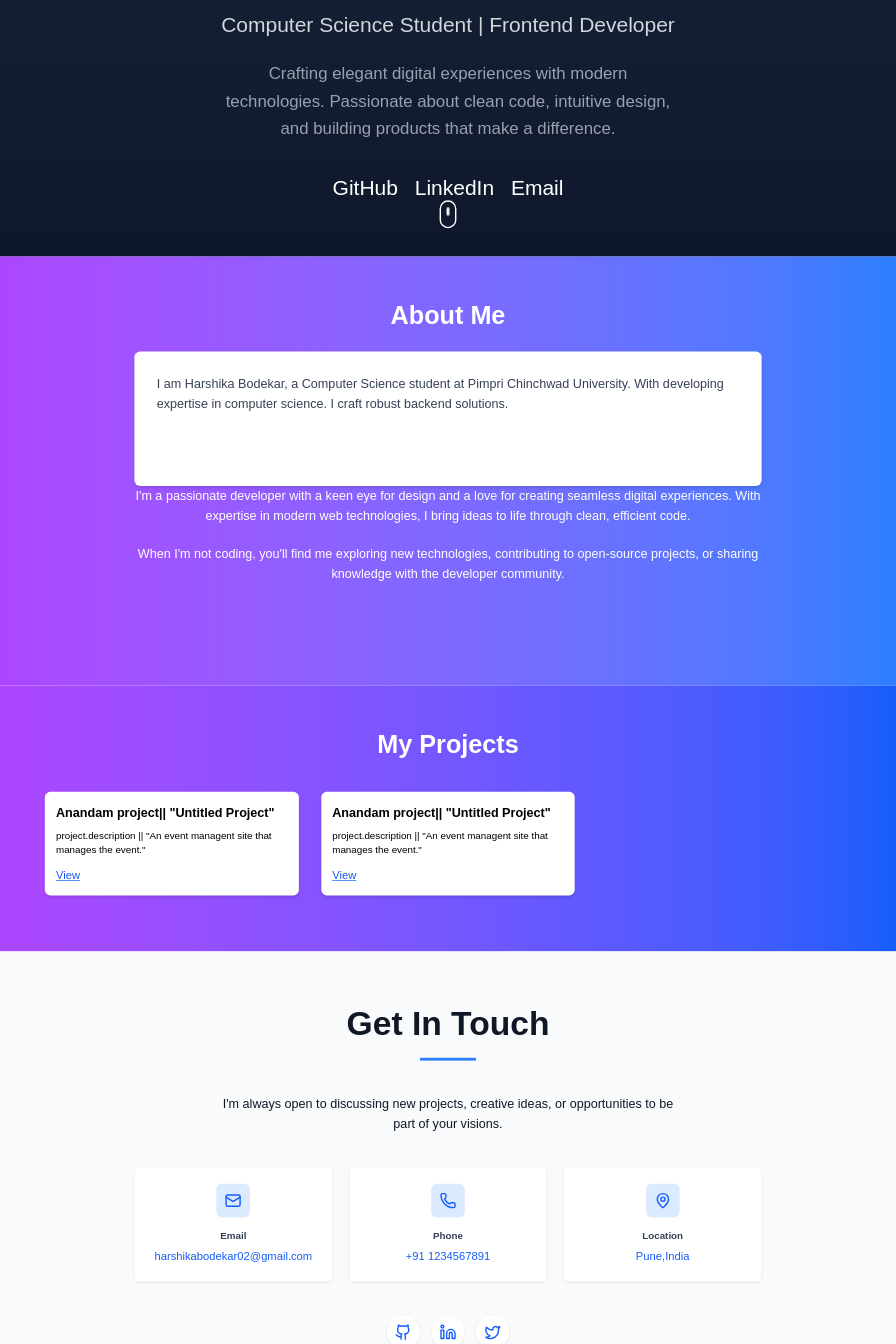
Repository: harshikabodekar/portfolio_awp
Page: /
These files come from the project's save history. The page is drawn as it stood at one moment and after the next save; the edit follows.
The browser window is 1280 px wide. The pictures show the part of the page from y = 463 to 2383 px (the page is 2550 px tall before and 2570 px after), at 70% of full size.
The project was rebuilt for these pictures with package versions that can differ from the ones it lists, and the page was loaded fresh each time. The framework's server and built-in components were replaced by stand-ins that run in the browser. Also part of the build but not shown: next.config.mjs.

Above is the page before, as saved 2025-10-15 20:09:55.

After the next save:
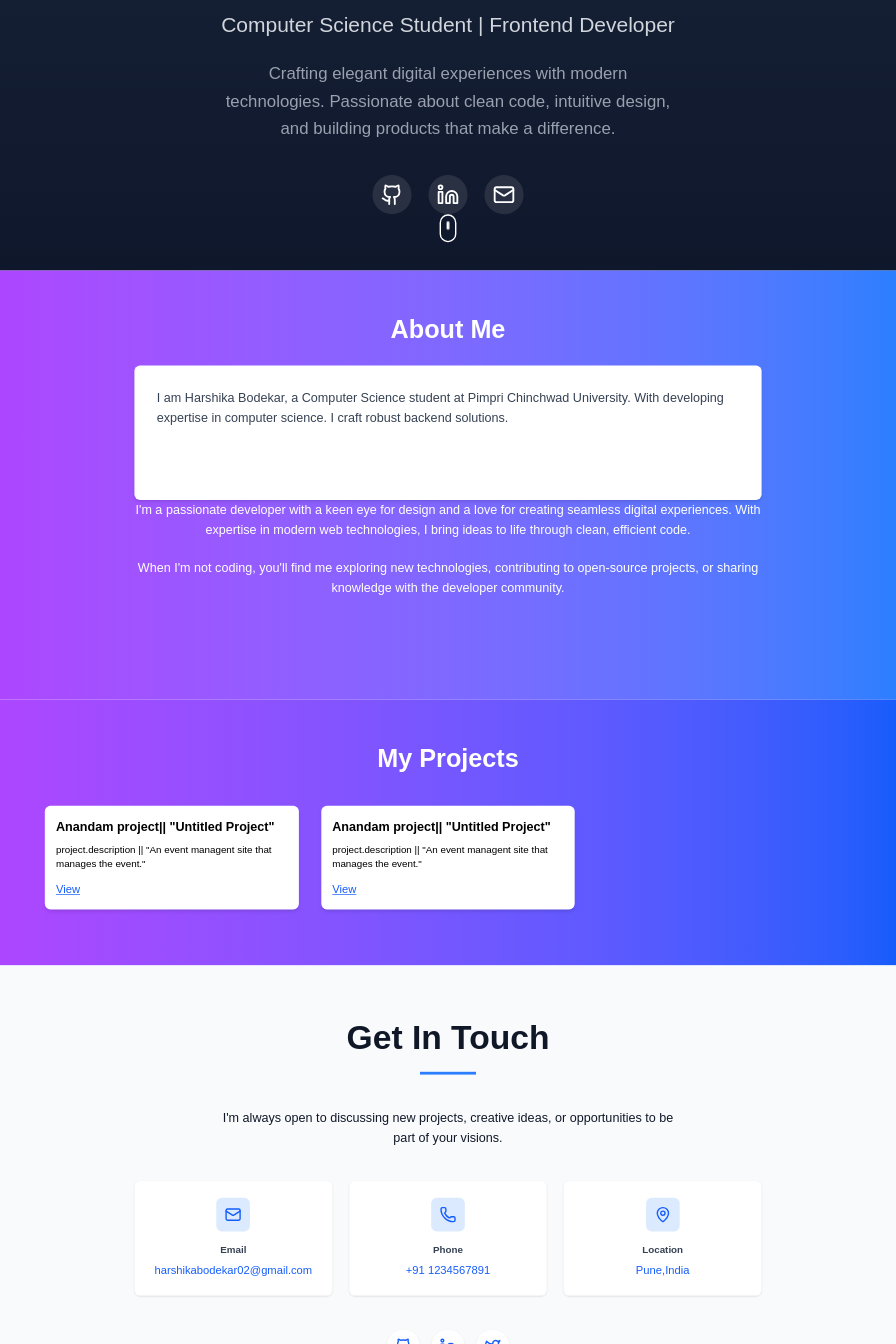
Saved 4 min 24 s later.
--- a/src/app/components/Hero.js
+++ b/src/app/components/Hero.js
@@ -31,10 +31,32 @@ const Hero = () => {
             <button onClick={() => {}} className="px-6 py-3 border-2 border-white text-white rounded-full hover:bg-white hover:text-slate-900 transition-colors w-full sm:w-auto">Get In Touch</button>
           </div> */}
 
-          <div className="flex flex-wrap gap-4 sm:gap-6 justify-center text-3xl sm:text-base px-4">
-            <a href="https://github.com/harshikabodekar" target="_blank" rel="noopener noreferrer" className="text-white hover:text-blue-400 transition-colors text-3xl">GitHub</a>
-            <a href="https://linkedin.com/in/harshikabodekar" target="_blank" rel="noopener noreferrer" className="text-white hover:text-blue-400 transition-colors text-3xl">LinkedIn</a>
-            <a href="mailto:harshikabodekar02@gmail.com" className="text-white hover:text-blue-400 transition-colors text-3xl">Email</a>
+          <div className="flex flex-wrap gap-4 sm:gap-6 justify-center px-4">
+            <a
+              href="https://github.com/harshikabodekar"
+              target="_blank"
+              rel="noopener noreferrer"
+              className="p-3 bg-white/10 rounded-full hover:bg-white/20 transition-all group"
+              aria-label="GitHub"
+            >
+              <Github className="w-6 h-6 sm:w-8 sm:h-8 text-white group-hover:text-blue-400 transition-colors" />
+            </a>
+            <a
+              href="https://linkedin.com/in/harshikabodekar"
+              target="_blank"
+              rel="noopener noreferrer"
+              className="p-3 bg-white/10 rounded-full hover:bg-white/20 transition-all group"
+              aria-label="LinkedIn"
+            >
+              <Linkedin className="w-6 h-6 sm:w-8 sm:h-8 text-white group-hover:text-blue-400 transition-colors" />
+            </a>
+            <a
+              href="mailto:harshikabodekar02@gmail.com"
+              className="p-3 bg-white/10 rounded-full hover:bg-white/20 transition-all group"
+              aria-label="Email"
+            >
+              <Mail className="w-6 h-6 sm:w-8 sm:h-8 text-white group-hover:text-blue-400 transition-colors" />
+            </a>
           </div>
         </div>
       </div>
